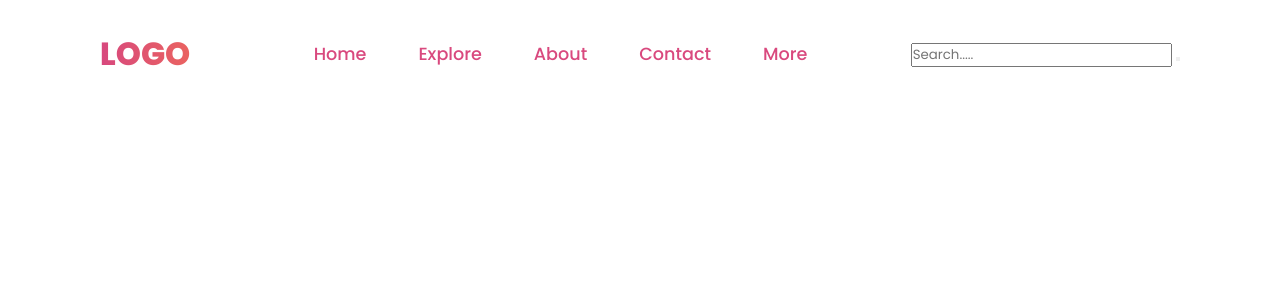
Repository: 2tzz/SkillUp-Academy
Page: home.html
These files come from the project's save history. The page is drawn as it stood at one moment and after the next save; the edit follows.
The browser window is 1280 px wide. The pictures show the whole page.
Some web fonts or font styles are not loaded; a fallback is used.

Above is the page before, as saved 2022-10-22 12:11:44.

After the next save:
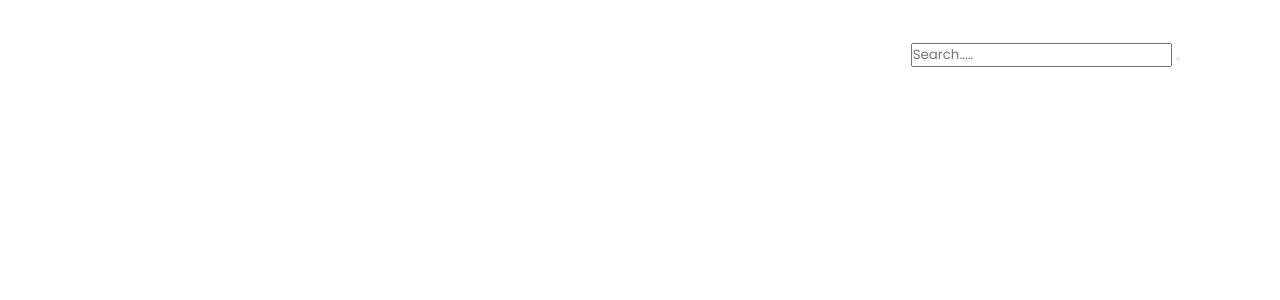
Console error: SyntaxError: Invalid or unexpected token
Saved 43 s later.
--- a/JS/home.js
+++ b/JS/home.js
@@ -7,10 +7,10 @@
 window.addEventListener("load", () => {
   logo.style.transform = "translateY(0)";
   nav.style.transform = "translateY(0)";
-  search_bar.style.transform="translateY(0)";
+  search_bar.style.transform ="translateY(0)";
 });
 
  //scrolling effects on website elements
- window.addEventListener("scroll", () => {
+ /*window.addEventListener("scroll", () => {
     const scrollVal = window.scrollY;
   });

After the save that followed:
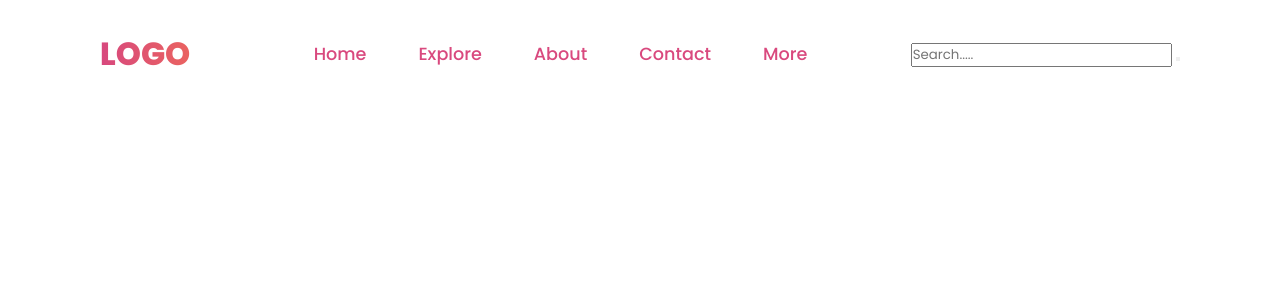
The error is gone.
Saved 8 s later.
--- a/JS/home.js
+++ b/JS/home.js
@@ -11,6 +11,6 @@
 });
 
  //scrolling effects on website elements
- /*window.addEventListener("scroll", () => {
+ window.addEventListener("scroll", () => {
     const scrollVal = window.scrollY;
   });
